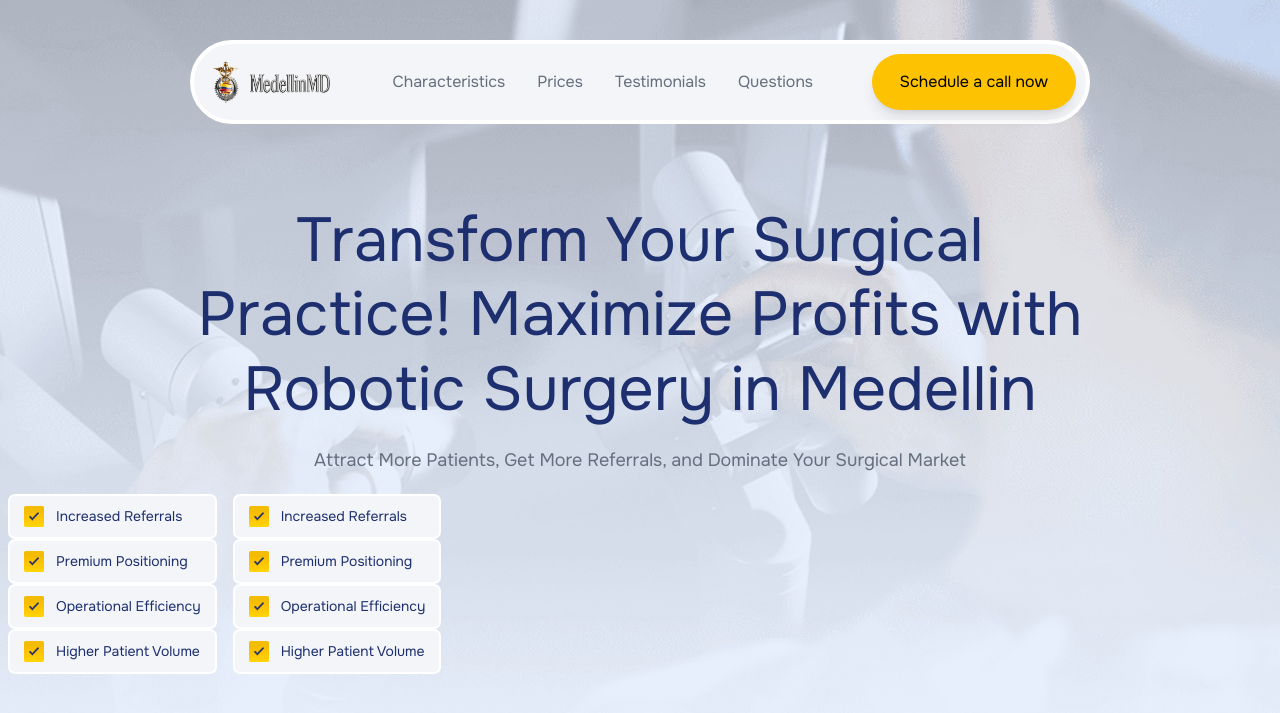
Repository: emmanueltech2019/cmd
Page: /home
An editor plug-in stored every save of this project. The page is shown before and after the next save, followed by the edit.
The browser window is 1280 px wide. The pictures show the whole page.
The project was rebuilt for these pictures with package versions that can differ from the ones it lists, and the page was loaded fresh each time. The framework's server and built-in components were replaced by stand-ins that run in the browser. Also part of the build but not shown: next.config.mjs.

Above is the page before, as saved 2025-05-15 16:41:11.

### src/app/home/page.jsx
import React from 'react'
import Image from 'next/image'
import medellinHero from '@/images/jpg/medellinHero.jpg'
import medellinLogo from '@/images/png/medellinLogo.png'
import medellinCheck from '@/images/png/medellinCheck.png'
import SlideView from '../components/SlideView'
import Button from '../components/Button'

const page = () => {
    const slideViewData = [
        { id: 1, text: 'Increased Referrals', image: medellinCheck },
        { id: 2, text: 'Premium Positioning', image: medellinCheck },
        { id: 3, text: 'Operational Efficiency', image: medellinCheck },
        { id: 4, text: 'Higher Patient Volume', image: medellinCheck },
    ];
  return (
    <>
        <div className={`h-screen w-full`}
            style={{
                backgroundImage: `url(${medellinHero.src})`,
                backgroundSize: 'cover',
                backgroundPosition: 'center',
                backgroundRepeat: 'no-repeat',
            }}
        >
            <nav className='py-5'>
                <div className="w-web-navwidth mx-auto bg-web-navwhite backdrop-blur-md p-web-nav-padding flex justify-between items-center rounded-web-radius border-white border-4 my-5">
                    <div className="w-web-logowidth h-web-logoheight flex justify-center items-center">
                        <Image src={medellinLogo} width={100} height={100} alt='medellin logo' className='w-full' />
                    </div>
                    <ul className="flex gap-web-navgap items-center text-navfontsize">
                        <li>
                            <button className='p-web-nav-padding bg-transparent hover:bg-web-blue text-web-navgray hover:text-white transition-all duration-500 rounded-web-navbtnradius'>Characteristics</button>
                        </li>
                        <li>
                            <button className='p-web-nav-padding bg-transparent hover:bg-web-blue text-web-navgray hover:text-white transition-all duration-500 rounded-web-navbtnradius'>Prices</button>
                        </li>
                        <li>
                            <button className='p-web-nav-padding bg-transparent hover:bg-web-blue text-web-navgray hover:text-white transition-all duration-500 rounded-web-navbtnradius'>Testimonials</button>
                        </li>
                        <li>
                            <button className='p-web-nav-padding bg-transparent hover:bg-web-blue text-web-navgray hover:text-white transition-all duration-500 rounded-web-navbtnradius'>Questions</button>
                        </li>
                    </ul>
                    <Button className='bg-web-yellow hover:bg-web-blue py-4 px-7 transition-all duration-500 hover:text-white shadow-lg rounded-web-radius'>Schedule a call now</Button>
                </div>
            </nav>
            <div className="mt-10 w-[100%] md:w-[70%] mx-auto">
                <h1 className="text-center text-web-blue text-webhero-font leading-webhero-lineheight">Transform Your Surgical Practice! Maximize Profits with Robotic Surgery in Medellin</h1>
                <p className='text-websubhero-font text-web-navgray text-center py-5'>Attract More Patients, Get More Referrals, and Dominate Your Surgical Market</p>
            </div>
            <div className="w-[50%] overflow-hidden flex whitespace-nowrap">
                <div className="inline-block">
                    {slideViewData.map((item) => (
                        <SlideView key={`a-${item.id}`}>
                            <div className="flex gap-3">
                                <Image src={item.image} alt='medellin check' width={100} height={100} className='w-5' />
                                {item.text}
                            </div>
                        </SlideView>
                    ))}
                </div>
                <div className="inline-block">
                    {slideViewData.map((item) => (
                        <SlideView key={`b-${item.id}`}>
                            <div className="flex gap-3">
                                <Image src={item.image} alt='medellin check' width={100} height={100} className='w-5' />
                                {item.text}
                            </div>
                        </SlideView>
                    ))}
                </div>
            </div>
        </div>
    </>
  )
}

export default page

### src/app/globals.css
@import url('https://fonts.googleapis.com/css2?family=Onest:wght@100..900&family=Poppins:ital,wght@0,100;0,200;0,300;0,400;0,500;0,600;0,700;0,800;0,900;1,100;1,200;1,300;1,400;1,500;1,600;1,700;1,800;1,900&display=swap');

*{
  font-family: "Onest", sans-serif;
}

@tailwind base;
@tailwind components;
@tailwind utilities;

@font-face {
  font-family: 'Onset';
  src: url('/src/fonts/Onest-VariableFont_wght.ttf') format('truetype');
  font-weight: 400;
  font-style: normal;
  font-display: swap; /* recommended for better performance */
}

### src/app/components/SlideView.jsx
import React from 'react'

const slideview = ({ children }) => {
  return (
    <div className='p-web-heroslideview bg-web-navwhite border-white border-2 rounded-web-heroslideradius text-web-navfontsize text-web-blue mx-2 flex-shrink-0'>{children}</div>
  )
}

export default slideview

### src/app/components/button.jsx
import React from 'react'

const button = ({children}) => {
  return (
    <button className='bg-web-yellow hover:bg-web-blue py-4 px-7 transition-all duration-500 hover:text-white shadow-lg rounded-web-radius'>{children}</button>
  )
}

export default button

### tailwind.config.js
/** @type {import('tailwindcss').Config} */
export default {
  content: [
    "./index.html",
    "./src/**/*.{js,ts,jsx,tsx}",
  ],
  theme: {
    extend: {
      colors: {
        'web-blue': '#1d2f6f',
        'web-yellow': '#fdc201',
        'web-navwhite': '#f3f5f8',
        'web-navgray': '#646e7d',
      },
      boxShadow: {
        'web-shadow': '#abcbff08 0px 0.602187px 2.28831px 0px,'
      },
      padding: {
        'web-btn-padding': '16px 28px',
        'web-nav-padding': '10px',
        'web-heroslideview': '10px 14px'
      },
      lineHeight: {
        'webhero-lineheight': '74.4px'
      },
      fontSize: {
        'webhero-font': '62px',
        'websubhero-font': '18px',
        'web-navfontsize': '14px'
      },
      width: {
        'web-navwidth': '900px',
        'web-logowidth': '130px',
      },
      height: {
        'web-navheight': '76px',
        'web-logoheight': '56px'
      },
      borderRadius: {
        'web-radius': '99px',
        'web-navbtnradius': '8px',
        'web-heroslideradius': '7px'
      },
      gap: {
        'web-navgap': '12px'
      },
      fontFamily: {
        myFont: ['Onset']
      },
      keyframes: {
        'slide': {
          '0%': { transform: 'translateX(0)' },
          '100%': { transform: 'translateX(-100%)' },
        },
      },
      animation: {
        'slide': 'slide 10s linear infinite',
      },
    },
  },
  plugins: [],
}

Loaded but not shown: src/app/layout.jsx (common file)

After the next save:
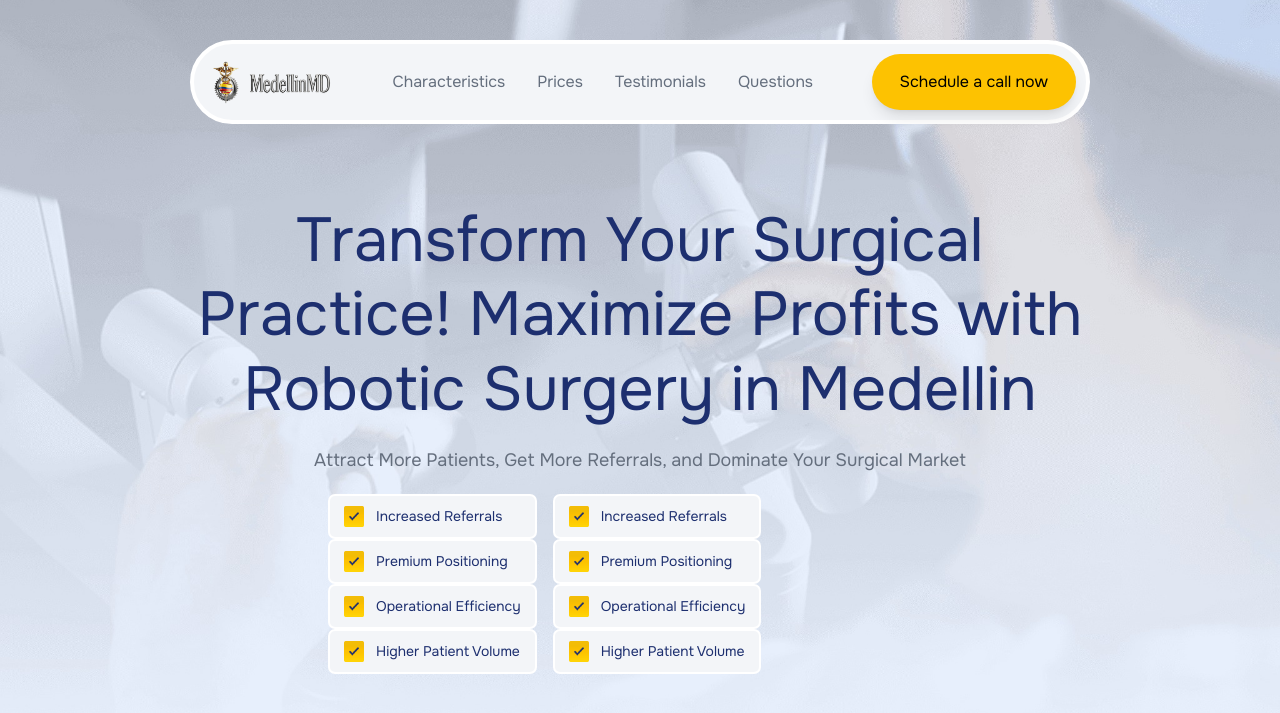
Saved 15 s later.
--- a/src/app/home/page.jsx
+++ b/src/app/home/page.jsx
@@ -49,7 +49,7 @@ const page = () => {
                 <h1 className="text-center text-web-blue text-webhero-font leading-webhero-lineheight">Transform Your Surgical Practice! Maximize Profits with Robotic Surgery in Medellin</h1>
                 <p className='text-websubhero-font text-web-navgray text-center py-5'>Attract More Patients, Get More Referrals, and Dominate Your Surgical Market</p>
             </div>
-            <div className="w-[50%] overflow-hidden flex whitespace-nowrap">
+            <div className="w-[50%] overflow-hidden flex whitespace-nowrap mx-auto">
                 <div className="inline-block">
                     {slideViewData.map((item) => (
                         <SlideView key={`a-${item.id}`}>
